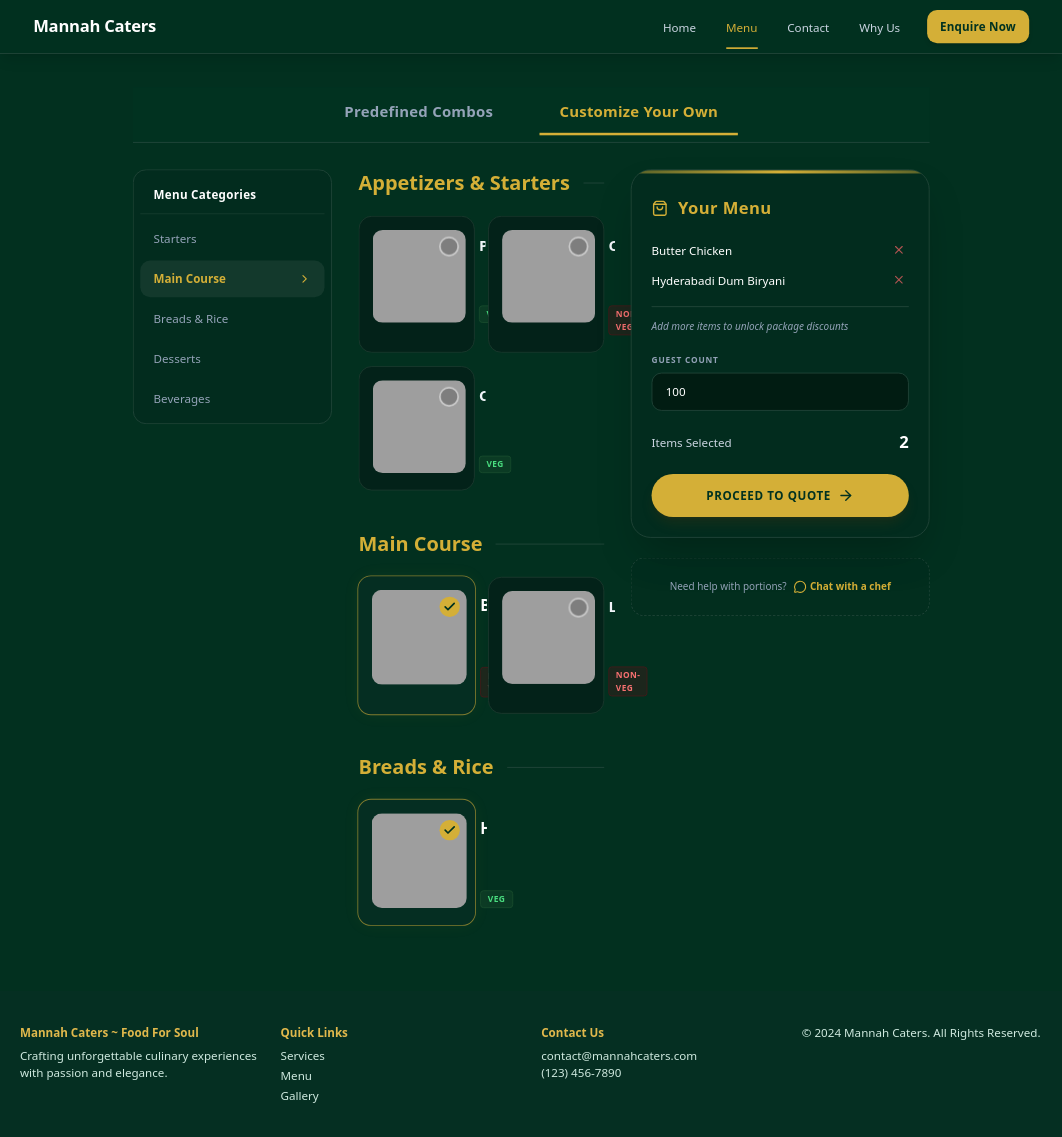
Repository: B-U-G-Freelancers/mannah_caterers
Page: /menu, after clicking the first element matching `div.justify-center > :nth-child(2)`
These files come from the project's save history. The page is drawn as it stood at one moment and after a run of saves; the edit follows.
The browser window is 1280 px wide. The pictures show the whole page, at 83% of full size.
Pictures or frames that could not be fetched are drawn as grey boxes. The project was rebuilt for these pictures with package versions that can differ from the ones it lists, and the page was loaded fresh each time. Some packages were replaced by stand-ins written for this rebuild. Also part of the build but not shown: vite.config.js, src/pages/Home.jsx, src/pages/Contact.jsx, src/pages/WhyUs.jsx, src/components/SelectedMenu.jsx, src/components/QuoteForm.jsx, src/pages/Quote.jsx.

Above is the page before, as saved 2025-12-17 19:19:17.

After the next 3 saves:
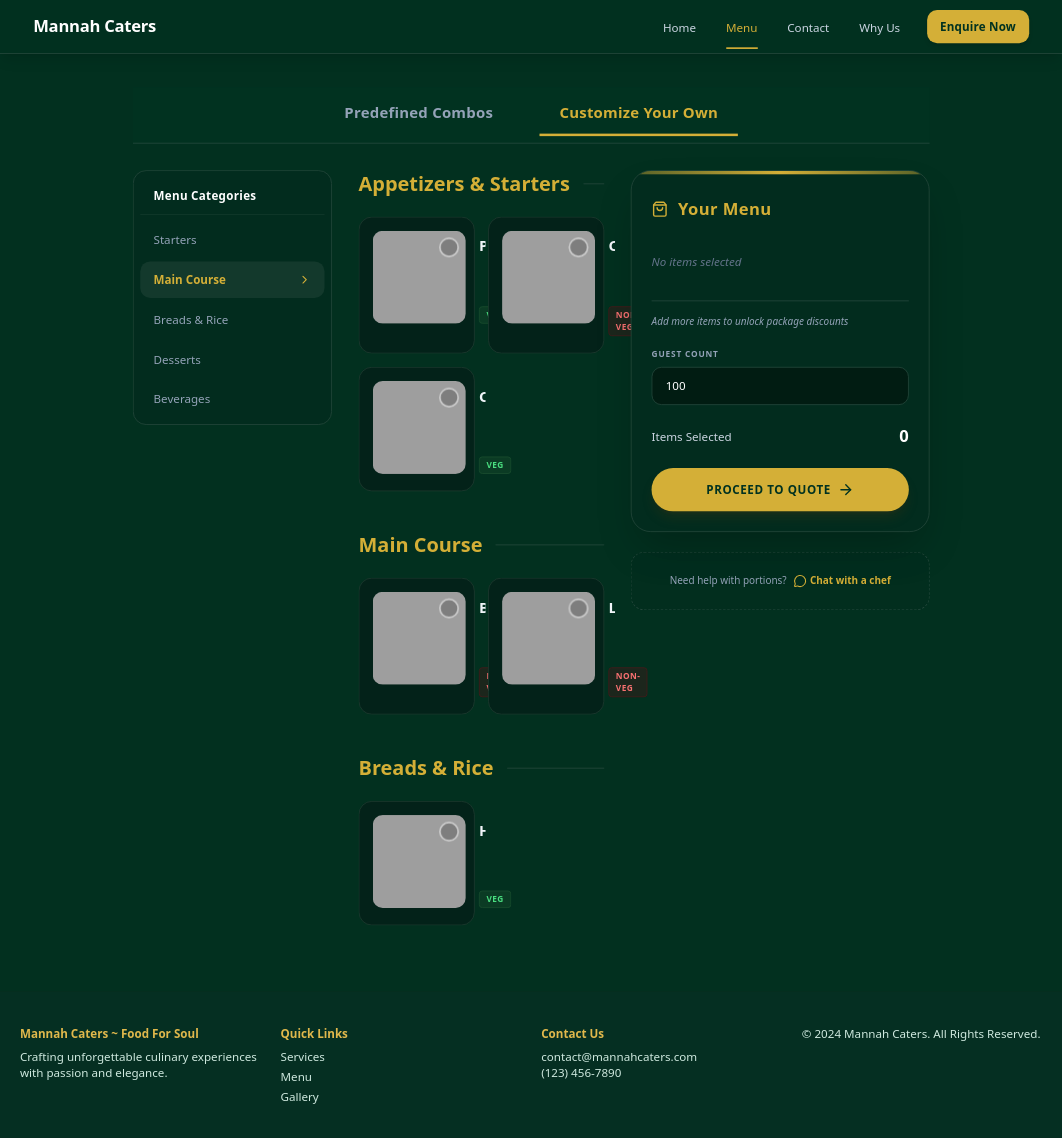
The 3 saves are shown as one change because 1 did not build or start and some came seconds apart.
The last was saved 94 s later.
--- a/src/pages/Menu.jsx
+++ b/src/pages/Menu.jsx
@@ -1,57 +1,68 @@
-import React, { useState,useEffect} from "react";
+import React, { useState, useEffect } from "react";
+import { useLocation } from "react-router-dom";
+
 import CombosView from "../components/CombosView";
 import CustomizeView from "../components/CustomizeView";
-import { useLocation } from "react-router-dom";
+import { useCart } from "../context/CartContext";
+
 const Menu = () => {
-   const location = useLocation();
+  const location = useLocation();
+
+  // ✅ ONLY UI state here
   const [activeTab, setActiveTab] = useState("combos");
-  const [cart, setCart] = useState(["4", "6"]); // Pre-select some items for demo
-  const [guestCount, setGuestCount] = useState(100);
-   useEffect(() => {
+
+  // ✅ Cart state comes ONLY from context
+  const {
+    cart,
+    toggleCartItem,
+    guestCount,
+    setGuestCount,
+  } = useCart();
+
+  // ✅ Open Customize tab when coming from Quote page
+  useEffect(() => {
     if (location.state?.openTab === "customize") {
       setActiveTab("customize");
     }
   }, [location.state]);
-  const toggleCartItem = (id) => {
-    setCart((prev) =>
-      prev.includes(id) ? prev.filter((item) => item !== id) : [...prev, id]
-    );
-  };
 
   return (
-    <div className="min-h-screen flex flex-col">
-
-
-      <main className="flex-1 flex flex-col items-center pb-20 px-4 sm:px-10 lg:px-40 pt-10 bg-[#02301f]">
+    <div className="min-h-screen flex flex-col bg-[#02301f]">
+      <main className="flex-1 flex flex-col items-center pb-20 px-4 sm:px-10 lg:px-40 pt-10">
         <div className="w-full max-w-[1200px] flex flex-col gap-8">
 
           {/* Tabs */}
           <div className="sticky top-[64px] z-40 bg-[#013220] pt-4 pb-2 border-b border-[#24473b]">
             <div className="flex justify-center gap-8">
+
+              {/* Combos Tab */}
               <button
-                className={`flex flex-col items-center justify-center border-b-[3px] pb-3 px-6 transition-all cursor-pointer ${
+                onClick={() => setActiveTab("combos")}
+                className={`flex flex-col items-center border-b-[3px] pb-3 px-6 transition-all ${
                   activeTab === "combos"
                     ? "border-[#d4af37] text-[#d4af37]"
                     : "border-transparent text-[#94a3b8] hover:text-white"
                 }`}
-                onClick={() => setActiveTab("combos")}
               >
-                <p className="text-lg font-bold leading-normal tracking-[0.015em]">
+                <span className="text-lg font-bold tracking-[0.015em]">
                   Predefined Combos
-                </p>
+                </span>
               </button>
+
+              {/* Customize Tab */}
               <button
-                className={`flex flex-col items-center justify-center border-b-[3px] pb-3 px-6 transition-all cursor-pointer ${
+                onClick={() => setActiveTab("customize")}
+                className={`flex flex-col items-center border-b-[3px] pb-3 px-6 transition-all ${
                   activeTab === "customize"
                     ? "border-[#d4af37] text-[#d4af37]"
                     : "border-transparent text-[#94a3b8] hover:text-white"
                 }`}
-                onClick={() => setActiveTab("customize")}
               >
-                <p className="text-lg font-bold leading-normal tracking-[0.015em]">
+                <span className="text-lg font-bold tracking-[0.015em]">
                   Customize Your Own
-                </p>
+                </span>
               </button>
+
             </div>
           </div>
 
@@ -68,10 +79,9 @@ const Menu = () => {
               />
             )}
           </div>
+
         </div>
       </main>
-
-
     </div>
   );
 };
